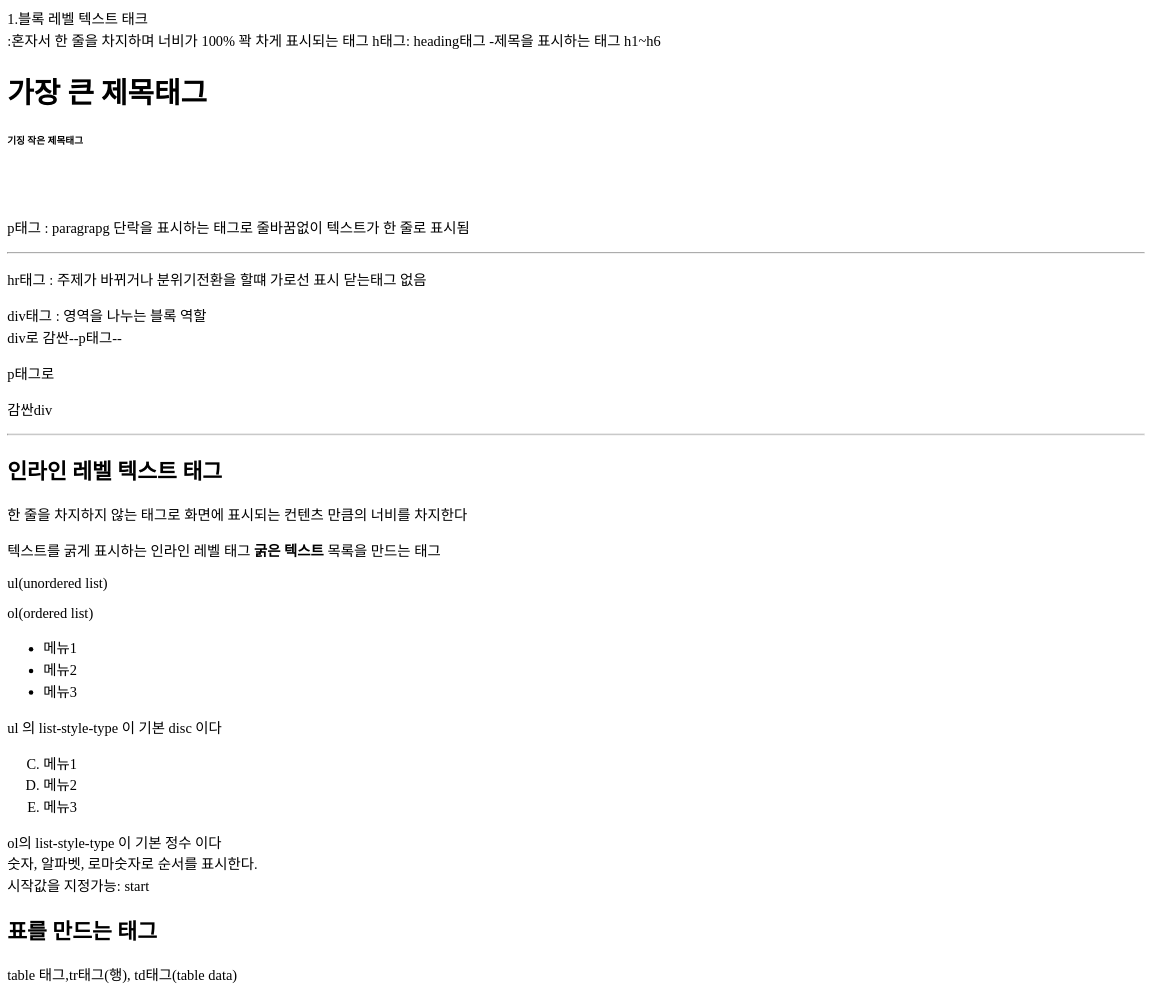
Repository: hana825/Web
Page: web/WebContent/index.html
An editor plug-in stored every save of this project. The page is shown before and after the next save, followed by the edit.
The browser window is 1280 px wide. The pictures show the whole page, at 90% of full size.

Above is the page before, as saved 2022-03-17 05:44:32.

### web/WebContent/index.html
<!DOCTYPE html>
<html>
<head>
<meta charset="UTF-8">
<title>Insert title here</title>
</head>
<body>
1.블록 레벨 텍스트 태크<br>
:혼자서 한 줄을 차지하며 너비가 100% 꽉 차게 표시되는 태그

h태그: heading태그 -제목을 표시하는 태그 h1~h6
<h1>가장 큰 제목태그</h1>
<h6>기징 작은 제목태그</h6>
<br><br>
<p>
p태그 : paragrapg 단락을 표시하는 태그로
줄바꿈없이 텍스트가 한 줄로 표시됨
</p>
<hr>

<p>
hr태그 : 주제가 바뀌거나 분위기전환을 할떄 가로선 표시
닫는태그 없음
</p>
<div>
div태그 : 영역을 나누는 블록 역할
</div>

<div> div로 감싼<span>--p태그--</span>
</div>

<p>p태그로<div>감싼div </div> </p>
<hr>
<h2>인라인 레벨 텍스트 태그</h2>
<p> 한 줄을 차지하지 않는 태그로 화면에 표시되는 컨텐츠 만큼의 너비를 차지한다
</p>
<!-- 실행에서 제외하고자 하는 코드는 주석처리 -->
텍스트를 굵게 표시하는 인라인 레벨 태그
<strong>굵은 텍스트
</strong>
목록을 만드는 태그
<p>ul(unordered list)</p>
<p>ol(ordered list)</p>
<ul>
	<li>메뉴1</li>
	<li>메뉴2</li>
	<li>메뉴3</li>
</ul>
<p>ul 의 list-style-type 이 기본 disc 이다</p>
<ol start='3' type="A">
	<li>메뉴1</li>
	<li>메뉴2</li>
	<li>메뉴3</li>
</ol>
<p>ol의 list-style-type 이 기본 정수 이다<br>
   숫자, 알파벳, 로마숫자로 순서를 표시한다.<br>
   시작값을 지정가능: start<br>
</p>

<h2>표를 만드는 태그</h2>
<p>table 태그,tr태그(행), td태그(table data)<br>

</p>






</body>
</html>

After the next save:
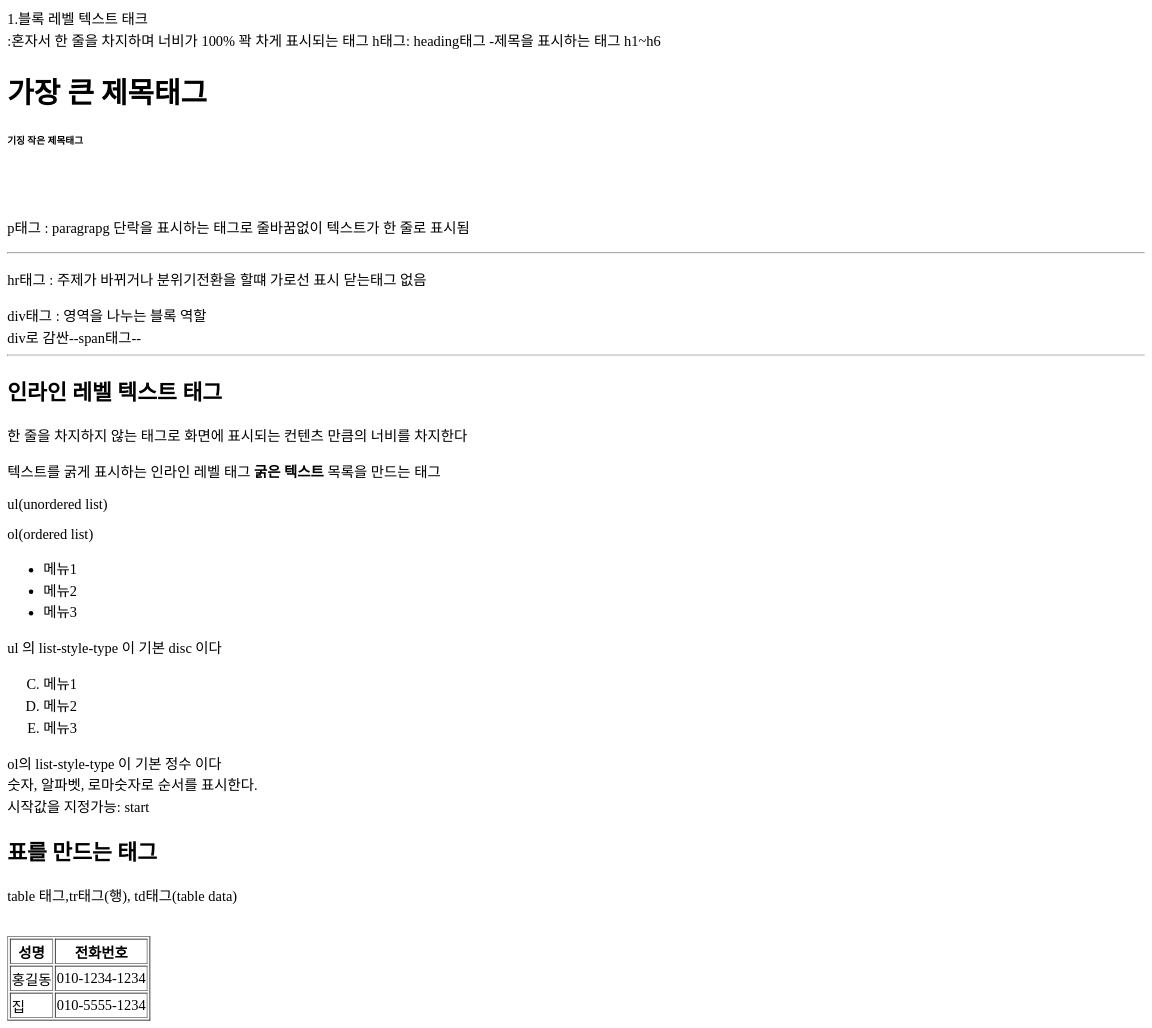
Saved 13 min 24 s later.
--- a/web/WebContent/index.html
+++ b/web/WebContent/index.html
@@ -26,11 +26,12 @@ hr태그 : 주제가 바뀌거나 분위기전환을 할떄 가로선 표시
 div태그 : 영역을 나누는 블록 역할
 </div>
 
-<div> div로 감싼<span>--p태그--</span>
+<div> div로 감싼<span>--span태그--</span>
 </div>
 
-<p>p태그로<div>감싼div </div> </p>
+
 <hr>
+
 <h2>인라인 레벨 텍스트 태그</h2>
 <p> 한 줄을 차지하지 않는 태그로 화면에 표시되는 컨텐츠 만큼의 너비를 차지한다
 </p>
@@ -58,10 +59,13 @@ div태그 : 영역을 나누는 블록 역할
 </p>
 
 <h2>표를 만드는 태그</h2>
-<p>table 태그,tr태그(행), td태그(table data)<br>
+<p>table 태그,tr태그(행), td태그(table data)</p><br>
 
-</p>
-
+<table border='1'>
+	<tr><th>성명</th><th>전화번호</th></tr>
+	<tr><td>홍길동</td><td>010-1234-1234</td></tr>
+	<tr><td>집</td><td>010-5555-1234</td></tr>
+</table>
 
 
 
